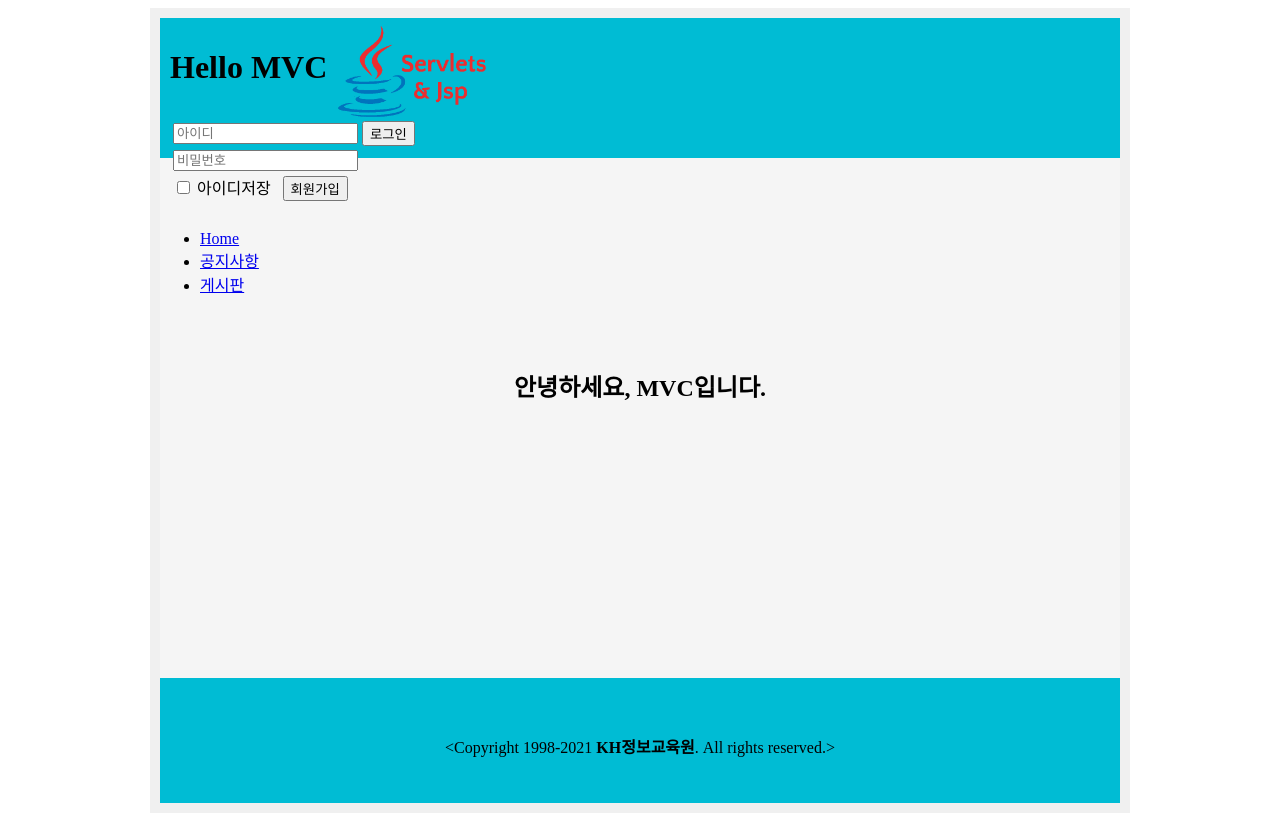
Repository: jsungl/WEBSERVER-WORKSPACE
Page: http://localhost/02_hellomvc/
An editor plug-in stored every save of this project. The page is shown before and after the next save, followed by the edit.
The browser window is 1280 px wide. The pictures show the whole page.
The page is served by Tomcat 9. Other server files are loaded and not shown.

Above is the page before, as saved 2021-03-25 08:10:30.

### 02_hellomvc/WebContent/index.jsp
<%@ page language="java" contentType="text/html; charset=UTF-8"
    pageEncoding="UTF-8"%>
<%@ include file="/WEB-INF/views/common/header.jsp" %>

			<h2 align="center" style="margin-top:200px;">안녕하세요, MVC입니다.</h2>

<%@ include file="/WEB-INF/views/common/footer.jsp" %>

### 02_hellomvc/WebContent/WEB-INF/views/common/header.jsp
<%@ page language="java" contentType="text/html; charset=UTF-8"
    pageEncoding="UTF-8"%>
<!DOCTYPE html>
<html>
<head>
<meta charset="UTF-8">
<title>Hello MVC</title>
<link rel="stylesheet" href="<%=request.getContextPath() %>/css/style.css" />
<script src="<%= request.getContextPath() %>/js/jquery-3.6.0.js"></script>
</head>
<body>
	<div id="container">
		<header>
			<h1>Hello MVC</h1>

			<!-- 로그인폼 시작 -->
			<div class="login-container">
				<form id="loginFrm">
					<table>
						<tr>
							<td><input type="text" name="memberId" id="memberId" placeholder="아이디"></td>
							<td><input type="submit" value="로그인"></td>
						</tr>
						<tr>
							<td><input type="password" name="password" id="password"
							placeholder="비밀번호"></td>
							<td></td>
						</tr>
						<tr>
							<td colspan="2">
								<input type="checkbox" name="saveId" id="saveId" />
								<label for="saveId">아이디저장</label>&nbsp;&nbsp;
								<input type="button" value="회원가입">
							</td>
						</tr>
					</table>
				</form>
			</div>
			<!-- 로그인폼 끝-->
			<!-- 메인메뉴 시작 -->
			<nav>
				<ul class="main-nav">
					<li class="home"><a href="<%= request.getContextPath() %>">Home</a></li>
					<li class="notice"><a href="#">공지사항</a></li>
					<li class="board"><a href="#">게시판</a></li>
				</ul>
			</nav>
			<!-- 메인메뉴 끝-->
		</header>

		<section id="content">

### 02_hellomvc/WebContent/WEB-INF/views/common/footer.jsp
<%@ page language="java" contentType="text/html; charset=UTF-8"
    pageEncoding="UTF-8"%>
</section>

		<footer>
			<p>&lt;Copyright 1998-2021 <strong>KH정보교육원</strong>. All rights reserved.&gt;</p>
		</footer>
	</div>
</body>
</html>

### 02_hellomvc/WebContent/css/style.css
@CHARSET "UTF-8";
div, section, header, aside, footer {padding:10px;}

/********** 전체컨테이너 **********/
div#container	{background-color:#F0F0F0; width:960px; margin:0 auto;}

/********** header **********/
header			{background: #00bcd4 url('/mvc/images/Java-Servlets-JSP.png') 21% 5%/18% no-repeat; height:130px; position:relative; padding:10px 0 0 0;}
header h1 		{margin-left:10px;}


/********** content **********/
section#content	{ background-color:#F5F5F5; float:left; width:940px; min-height:500px; }

/********** footer **********/
footer			{ background-color:#00bcd4; clear:both; height:75px; text-align:center;padding-top:40px;}

Loaded but not shown: 02_hellomvc/WebContent/js/jquery-3.6.0.js (library)

After the next save:
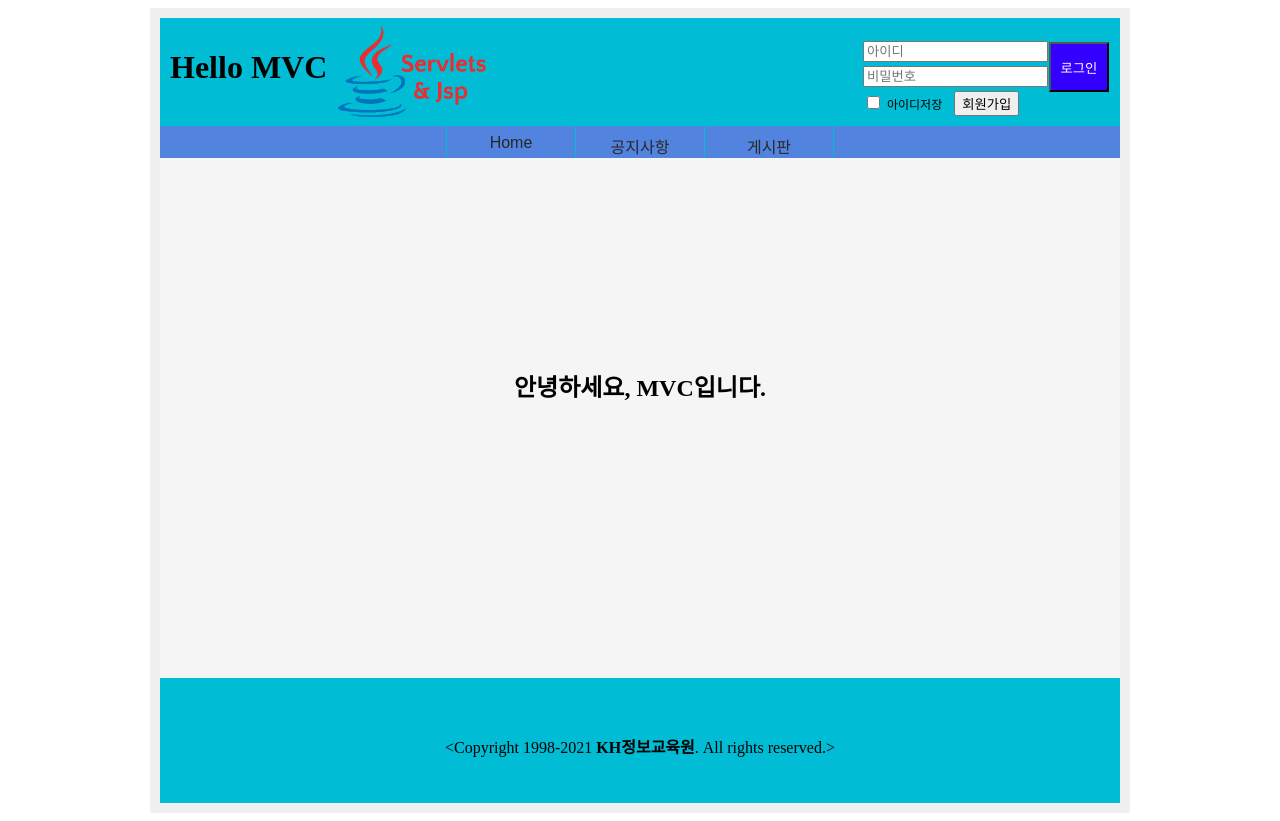
Saved 46 s later.
--- a/02_hellomvc/WebContent/css/style.css
+++ b/02_hellomvc/WebContent/css/style.css
@@ -8,6 +8,47 @@ div#container	{background-color:#F0F0F0; width:960px; margin:0 auto;}
 header			{background: #00bcd4 url('/mvc/images/Java-Servlets-JSP.png') 21% 5%/18% no-repeat; height:130px; position:relative; padding:10px 0 0 0;}
 header h1 		{margin-left:10px;}
 
+/* 로그인컨테이너 */
+	header div.login-container{width:250px; position:absolute; right: 0px; top: 10px;}
+	/* 로그인테이블관련*/
+	#loginFrm table{empty-cells:hide;}
+	#loginFrm input[type=submit]{width:60px; height:50px; color:white; background:#3300ff; position:absolute; top: 14px; right: 11px;}
+	#saveId+label{font-size:12px;font-family:'고딕'}
+	/* 메뉴관련스타일 */
+	header nav {background:#5283de; width:100%; margin-top:40px;}
+	/* ul태그의 가운데정렬 */
+	ul.main-nav{
+		/* width:80%; */
+		display:table;
+		padding:0px;
+		margin:auto;
+	}
+	ul.main-nav li {
+		list-style-type: none;
+		width: 8em;
+		height: 2em;
+		float: left;
+		text-align: center;
+		font-family: "휴먼모음T", sans-serif;
+		border-left: 1px #00bcd4 solid;
+		background-color: #5283de;
+	}
+	ul.main-nav li:last-of-type{border-right:1px #00bcd4 solid;;}
+	ul.main-nav li a {
+		/*a태그의 display기본값은 inline임*/
+		display: block;
+		padding:.5em;
+		text-decoration: none;
+		color: #292929;
+	}
+	/* hover시 배경색 변경 */
+	ul.main-nav li:hover{
+		background-color: #3300ff;
+	}
+	ul.main-nav li:hover > a{
+		color:#FFF; /* 글자색*/
+	}
+
 
 /********** content **********/
 section#content	{ background-color:#F5F5F5; float:left; width:940px; min-height:500px; }
